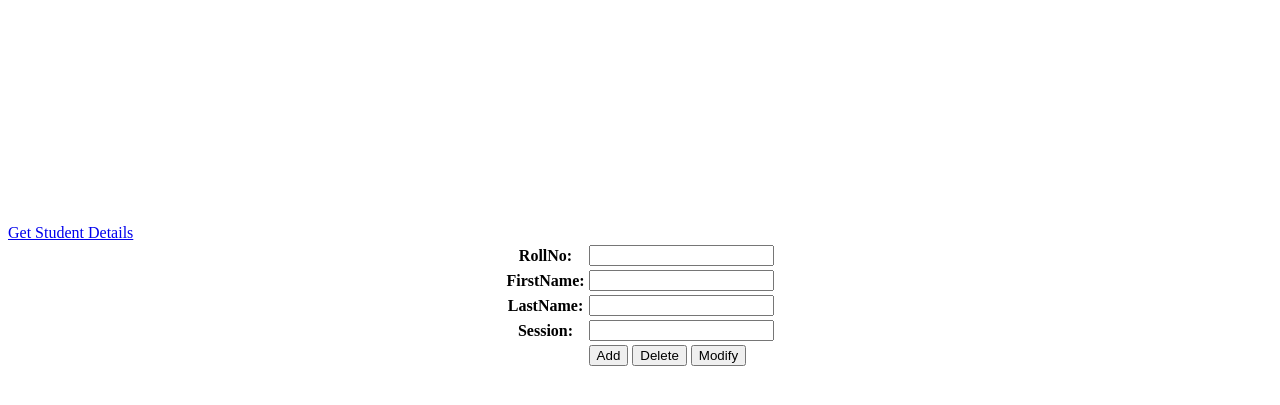
Repository: TraptiBhagat/AdvanceJava
Page: http://localhost/Student_Proj/StudentView.jsp
These files come from the project's save history. The page is drawn as it stood at one moment and after the next save; the edit follows.
The browser window is 1280 px wide. The pictures show the whole page.
The page is served by Tomcat 9. Other server files are loaded and not shown.

Above is the page before, as saved 2022-03-25 12:33:47.

### Advance workspace/Student_Proj/src/main/webapp/StudentView.jsp
<%@ page language="java" contentType="text/html; charset=ISO-8859-1"
	pageEncoding="ISO-8859-1"%>
<!DOCTYPE html>
<html>
<head>
<meta charset="ISO-8859-1">
<title>Student Form</title>
</head>
<body>
	<form action="student" method="post">
		<br> <br> <br> <br> <br> <br> <br>
		<br> <br> <br> <br> <br>
		<table align="center">
			<tr>
				<th>RollNo:</th>
				<td><input type="text" name="rollNo"></td>
			</tr>
			<tr>
				<th>FirstName:</th>
				<td><input type="text" name="firstName"></td>
			</tr>
			<tr>
				<th>LastName:</th>
				<td><input type="text" name="lastName"></td>
			</tr>
			<tr>
				<th>Session:</th>
				<td><input type="text" name="session"></td>
			</tr>
			<tr>
				<th></th>
				<td><input type="submit" value="Add" name="operation">
					<input type="submit" value="Delete" name="operation"> <input
					type="submit" value="Modify" name="operation"></td>
			</tr>
			<tr>
			  <a href="GetStudentView.jsp">Get Student Details</a>
			</tr>

		</table>

	</form>
</body>
</html>

After the next save:
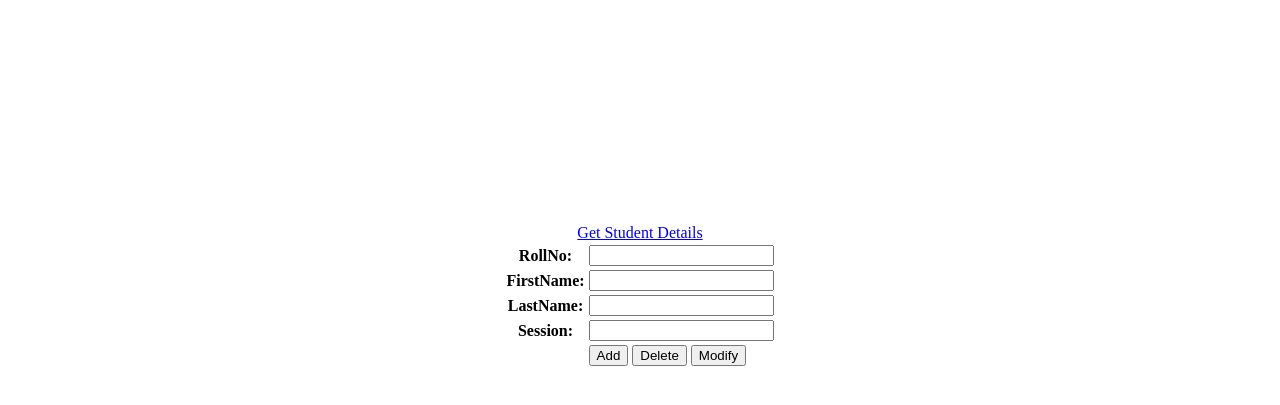
Saved 96 s later.
--- a/Advance workspace/Student_Proj/src/main/webapp/StudentView.jsp
+++ b/Advance workspace/Student_Proj/src/main/webapp/StudentView.jsp
@@ -34,7 +34,7 @@
 					type="submit" value="Modify" name="operation"></td>
 			</tr>
 			<tr>
-			  <a href="GetStudentView.jsp">Get Student Details</a>
+			  <center><a href="GetStudentView.jsp">Get Student Details</a></center>
 			</tr>
 
 		</table>
